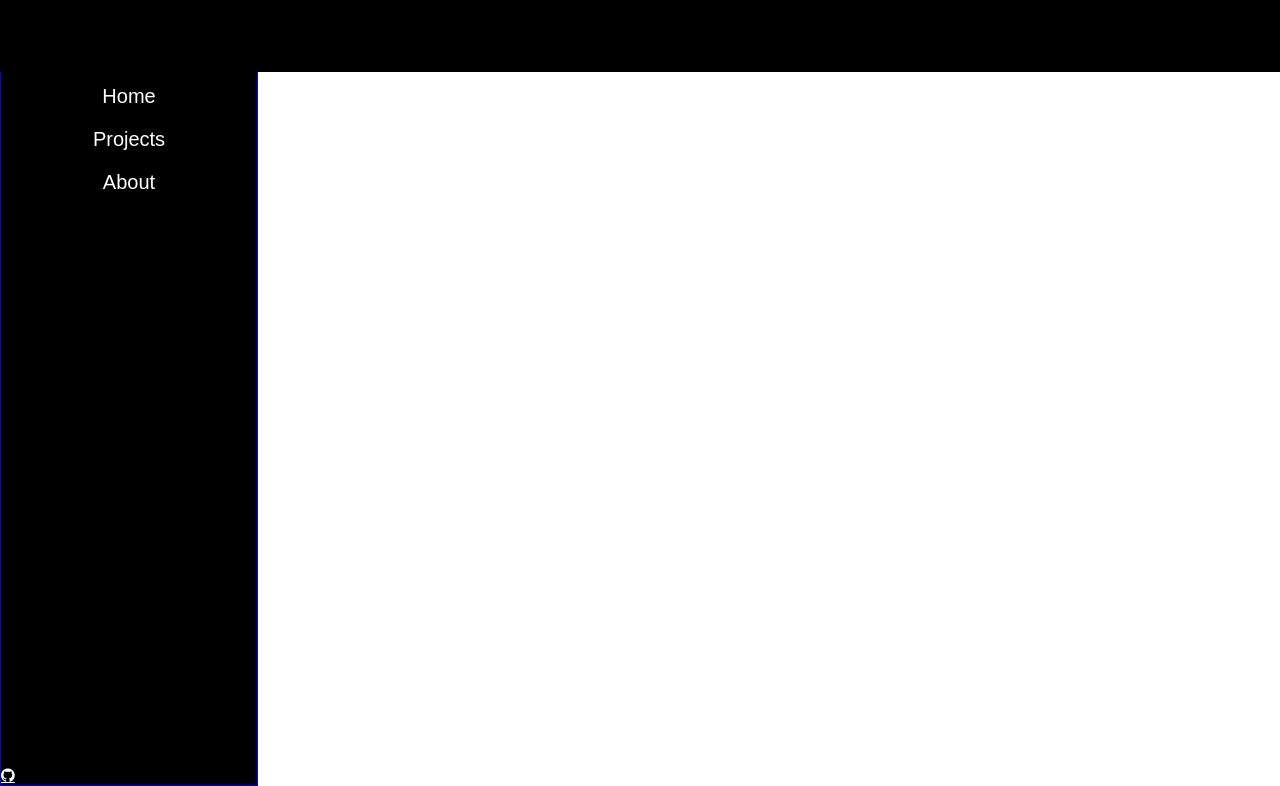
Repository: josephinel6/josephinel6.github.io
Page: index.html
These files come from the project's save history. The page is drawn as it stood at one moment and after the next save; the edit follows.
The browser window is 1280 px wide. The pictures show the whole page.

Above is the page before, as saved 2023-04-04 10:45:16.

After the next save:
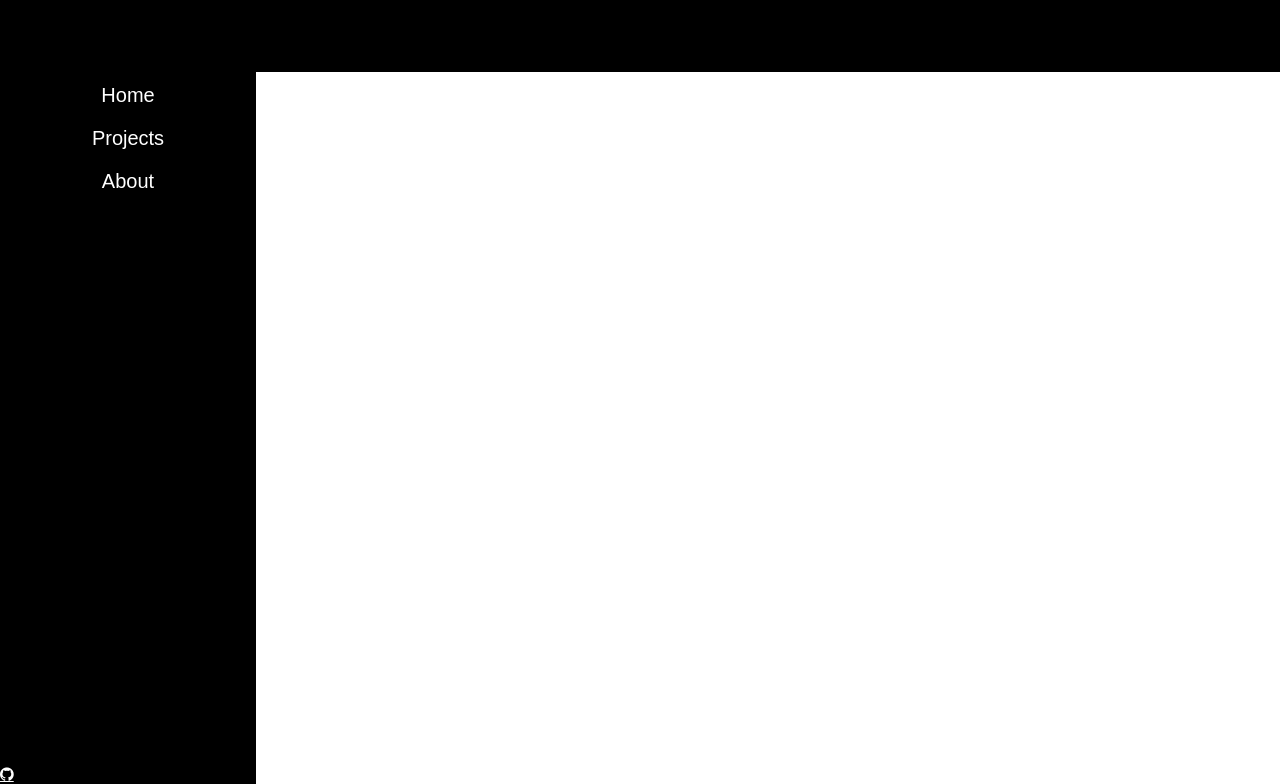
Saved 25 s later.
--- a/index.html
+++ b/index.html
@@ -31,9 +31,6 @@
             margin-top: 5%;
             position: absolute;
             top: 0;
-            border-width: 1px;
-            border-style: solid;
-            border-color: blue;
             bottom: 0;
             background-color: var(--color-bg);
         }
